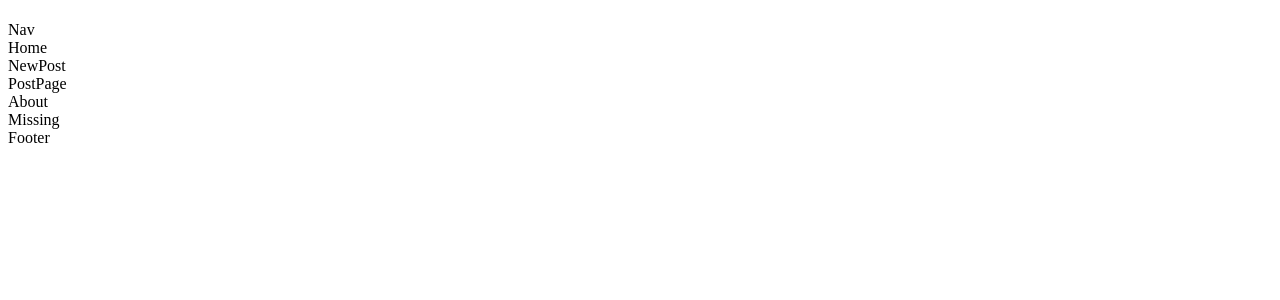
Repository: Kisho14/react_social_app_netlify
Page: /post
The author's editor kept a copy of each file at every save. The page is drawn from the files as they stood at one save, then again after the next save.
The browser window is 1280 px wide. The pictures show the whole page.
The project was rebuilt for these pictures with package versions that can differ from the ones it lists, and the page was loaded fresh each time. Also part of the build but not shown: src/index.css.

Above is the page before, as saved 2024-02-05 18:08:55.

After the next save:
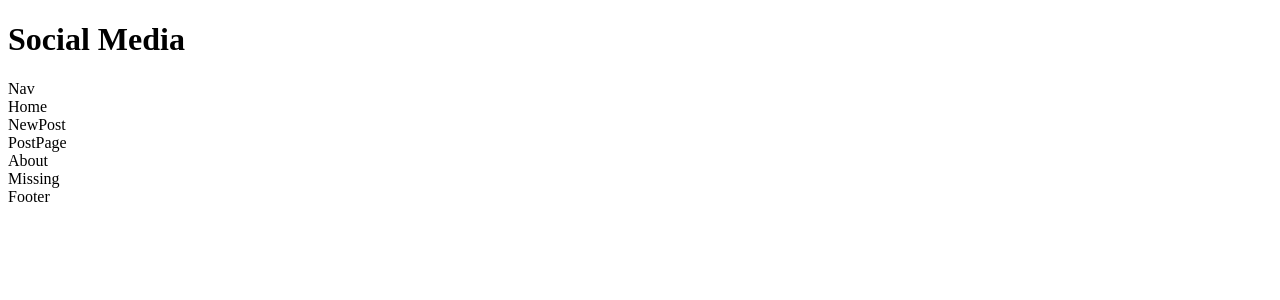
Saved 41 s later.
--- a/src/App.js
+++ b/src/App.js
@@ -10,7 +10,7 @@ import About from './About.js';
 function App() {
   return (
     <div className="App">
-      <Header />
+      <Header title="Social Media"/>
       <Nav />
       <Home />
       <NewPost />
